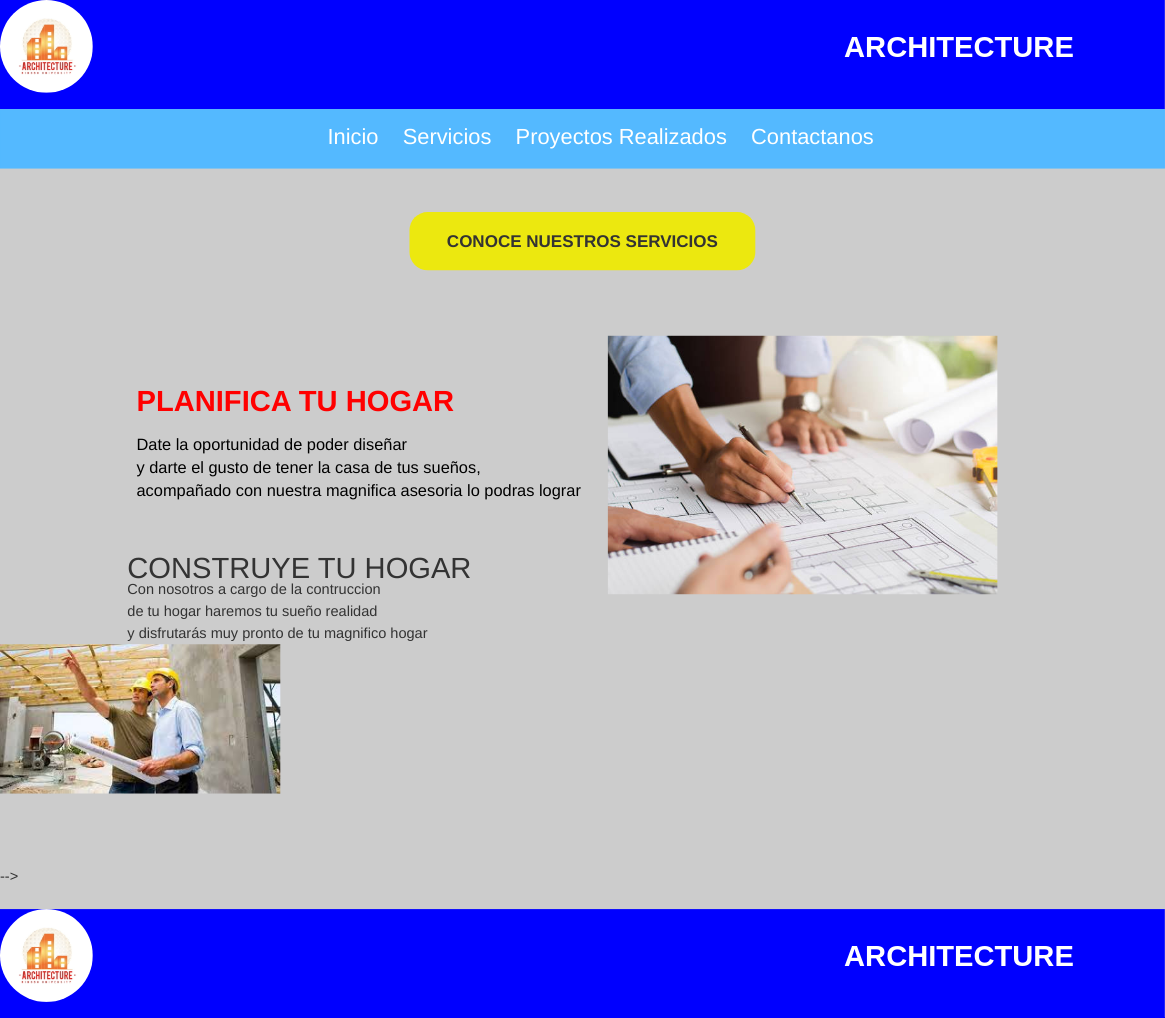
Repository: gabrielestrella18/htdocs
Page: http://localhost/arquitectos/servicios.php
An editor plug-in stored every save of this project. The page is shown before and after the next save, followed by the edit.
The browser window is 1280 px wide. The pictures show the whole page, at 91% of full size.
The page is run by PHP 8.4 with error messages shown; the project is at /var/www/html/.

Above is the page before, as saved 2023-12-07 21:29:27.

### arquitectos/servicios.php
<!DOCTYPE html>
<html lang="en">
  <head>
    <title></title>
    <meta charset="UTF-8">
    <meta name="viewport" content="width=device-width, initial-scale=1">
    <link href="estilo.css" rel="stylesheet">
  </head>
  <body>

<div class="azul">
  <img  class="lg"src="imagenes/arch.jpg" alt="">

  <h1>ARCHITECTURE</h1>
</div>

<div class="menu">
<div class="menuOpciones">
            <a href="index.php" target="_blank">Inicio</a>
            <a href="#" target="_blank">Servicios</a>
            <a href="#" target="_blank">Proyectos Realizados</a>
            <a href="#" target="_blank">Contactanos</a>
            </div>
            </div>
            <br><br>

<div class="ser">
<h3 class="serv">CONOCE NUESTROS SERVICIOS</h3>
</div>
<br> <br> <br>


<div class="hogar">

<div class="plani">
  <div class="caja1">
<p class="pl">PLANIFICA TU HOGAR</p>
<br>
<span class="text"> Date la oportunidad de poder diseñar <br> y darte el gusto de tener la casa de tus sueños,  <br>acompañado
con nuestra magnifica asesoria lo podras lograr</span></div>
<div class="caja2">
<img class="plan" src="imagenes/planif.jpg" alt="">
</div>
</div>

<br><br><br>


<div class="const">
  <div class="caja3">
<p class="cons">CONSTRUYE TU HOGAR</p>
<span>Con nosotros a cargo de la contruccion <br> de tu hogar haremos tu sueño realidad <br> y disfrutarás muy pronto de tu magnifico hogar</span></div>
<div class="caja4"></div>
<img  class="co" src="imagenes/constru.jpg" alt="">
</div>
</div>

<br><br><br>
<!-- <div class="remod">
<p class="rem">REMODELA TU HOGAR</p>
<span>Cambia el diseño de tu hogar hoy mismo y nosotros haremos la maravilla de que sea el mejor hogar que haz podido tener</span>
<img class="re" src="imagenes/remodel.jpg" alt="">
</div>
 --> -->

</div>

<br><br>

<div class="azul">
  <img  class="lg"src="imagenes/arch.jpg" alt="">

  <h1>ARCHITECTURE</h1>
</div>


  </body>
</html>

### arquitectos/estilo.css
* {
    box-sizing: border-box;
    margin: 0;
    padding: 0;
}

body {
    font-family: helvetica;
    font-size: 16px;
    line-height: 24px;
    color: #333;
    background-color: #cccccc;
    max-width: 1400px;
}

.azul {
    background-color: blue;
    padding-bottom: 120px;
}

.lg {
    float: left;
    width: 8%;
    height: 8%;
    border-radius: 80px;
}

h1 {
    color: white;
    float: right;
    font-family: sans-serif;
    text-align: end;
    padding-top: 40px;
    padding-right: 100px;
}

.menu {
    border: 1px #54b9ff solid;
    background-color: #54b9ff;
    height: 65px;
}

.menuOpciones {
    padding-top: 12px;
    text-align: center;
    margin-top: 5px;
    padding-left: 40px;
    font-size: x-large;
}

.menuOpciones a {
    text-decoration: none;
    color: white;
    padding: 10px;
}

.menuOpciones a:hover {
    color: #9c2222;
}

.contenedor_fondo {
    width: 1350px;
    height: 600px;
    margin: auto;
    background-image: url(imagenes/fondoarq.jpg);
    background-repeat: no-repeat;
    background-size: cover;
}

.textofoto {
    /* width: 600px; */
    color: rgb(7, 2, 2);
    margin: auto;
    text-align: center;
    line-height: 35px;
    padding-top: 200px;
}

.botoncito {
    text-align: center;
}

.boton1 {
    color: #ece80f;
    background-color: #ce1111;
    padding-top: 20px;
    padding-bottom: 20px;
    padding-left: 10px;
    padding-right: 10px;
    border-radius: 20px;
}

h3 {
    text-align: center;
}

.serv {
    background-color: #ece80f;
    padding-top: 20px;
    padding-bottom: 20px;
    padding-left: 10px;
    padding-right: 10px;
    border-radius: 20px;
}

.ser {
    padding-left: 450px;
    padding-right: 450px;
}

p {
    font-weight: 400px;
    font-size: xx-large;
}


/* .hogar {
    display: inline-block;
} */


/* .plani {
    display: inline-block;
}

.pl {
    display: inline-block;
}

.cons {
    display: inline-block;
}

.co {
    display: inline-block;
}

.remod {
    display: inline-block;
}

.re {
    display: inline-block;
} */

span {
    text-align: center;
}

.text {
    text-align: center;
}

.caja1 {
    float: left;
    padding-left: 150px;
    padding-top: 60px;
}

.caja2 {
    float: right
}

.plan {
    width: 70%;
    height: 70%;
}

.pl {
    color: rgb(255, 0, 0);
    font-weight: 800;
}

.text {
    color: black;
    font-size: large;
}

.caja3 {
    float: right;
    padding-right: 150px;
    padding-top: 60px;
}

After the next save:
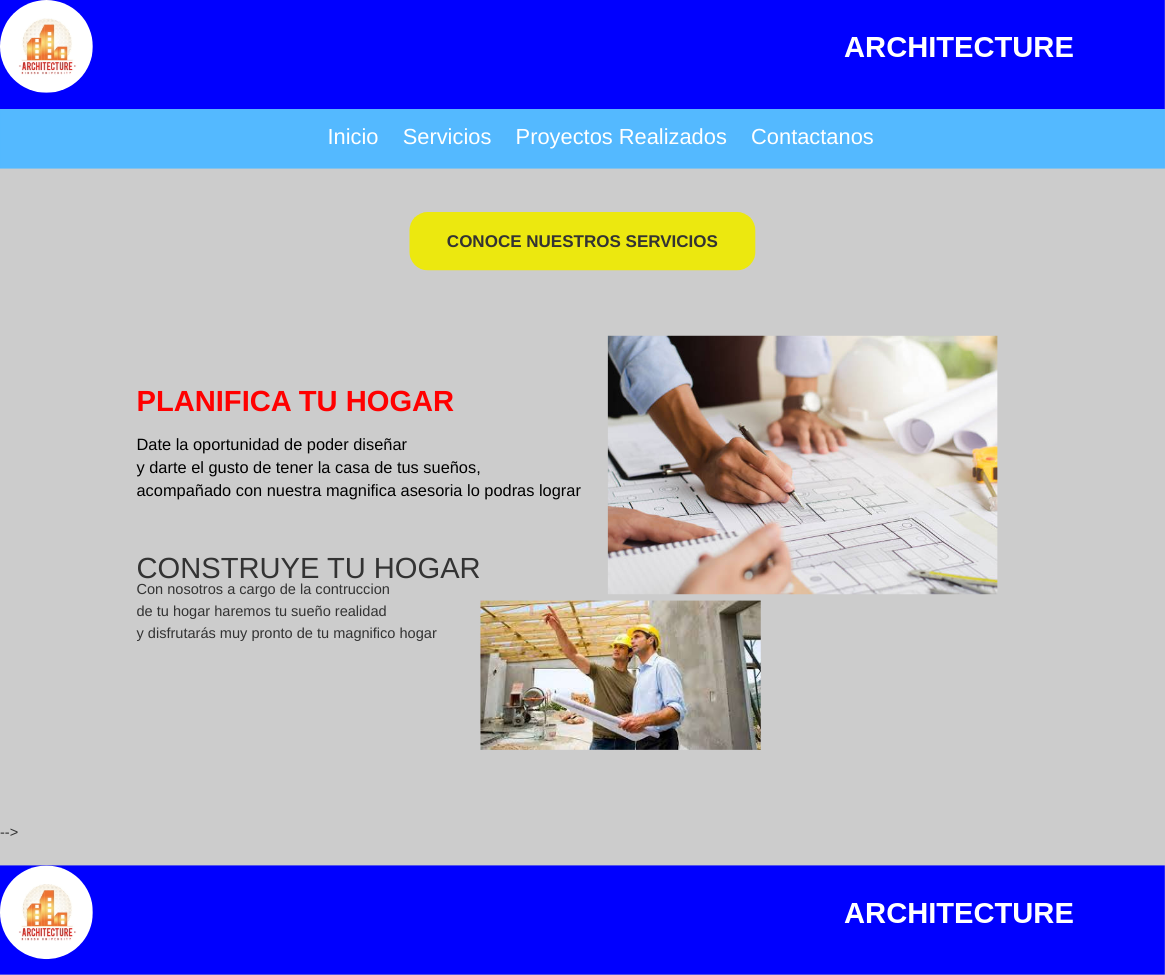
Saved 21 s later.
--- a/arquitectos/estilo.css
+++ b/arquitectos/estilo.css
@@ -177,7 +177,7 @@
 }
 
 .caja3 {
-    float: right;
-    padding-right: 150px;
+    float: left;
+    padding-left: 150px;
     padding-top: 60px;
 }

After the save that followed:
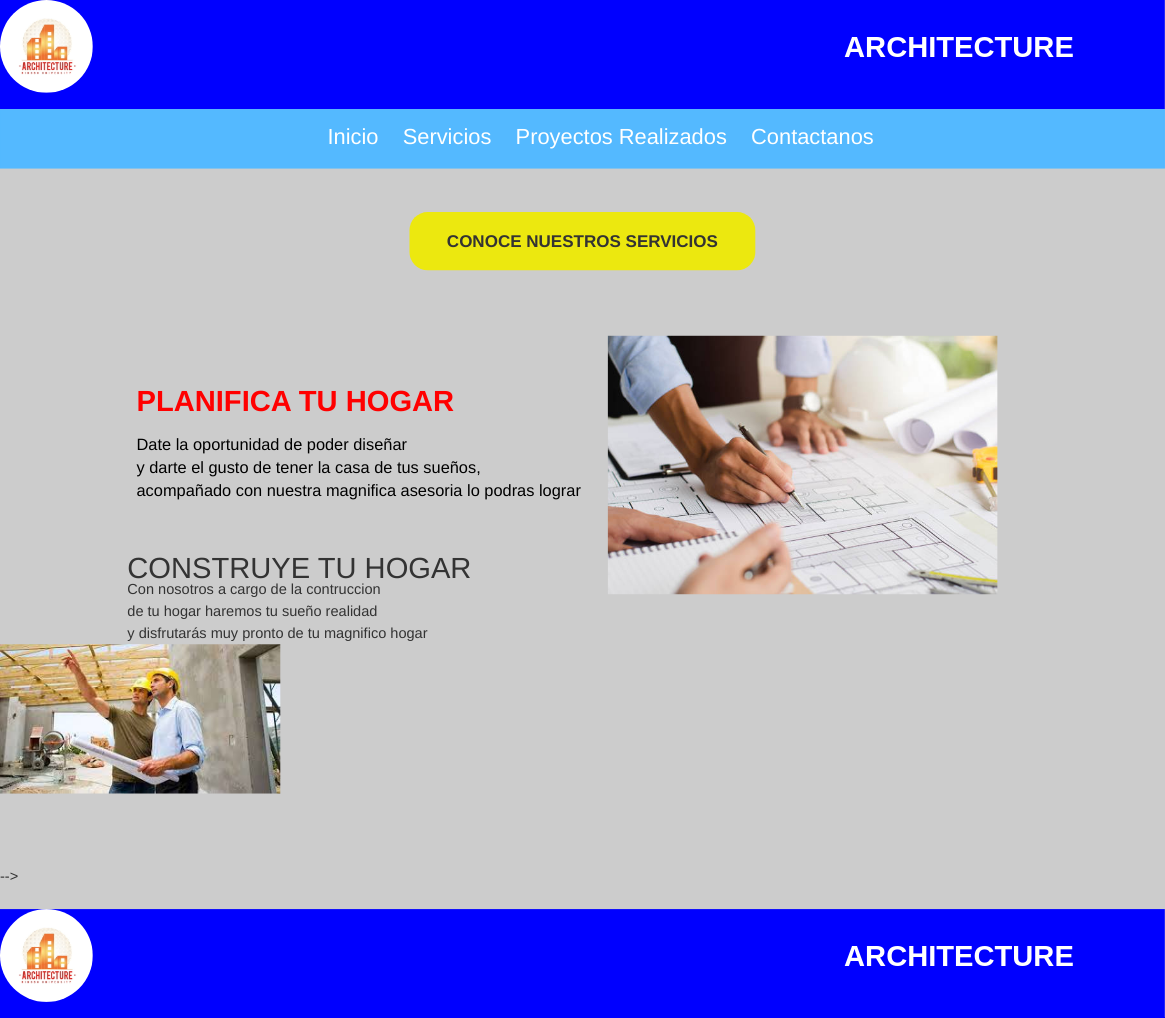
Saved 55 s later.
--- a/arquitectos/estilo.css
+++ b/arquitectos/estilo.css
@@ -177,7 +177,11 @@
 }
 
 .caja3 {
-    float: left;
-    padding-left: 150px;
+    float: right;
+    padding-right: 150px;
     padding-top: 60px;
 }
+
+.caja4 {
+    float: left;
+}
